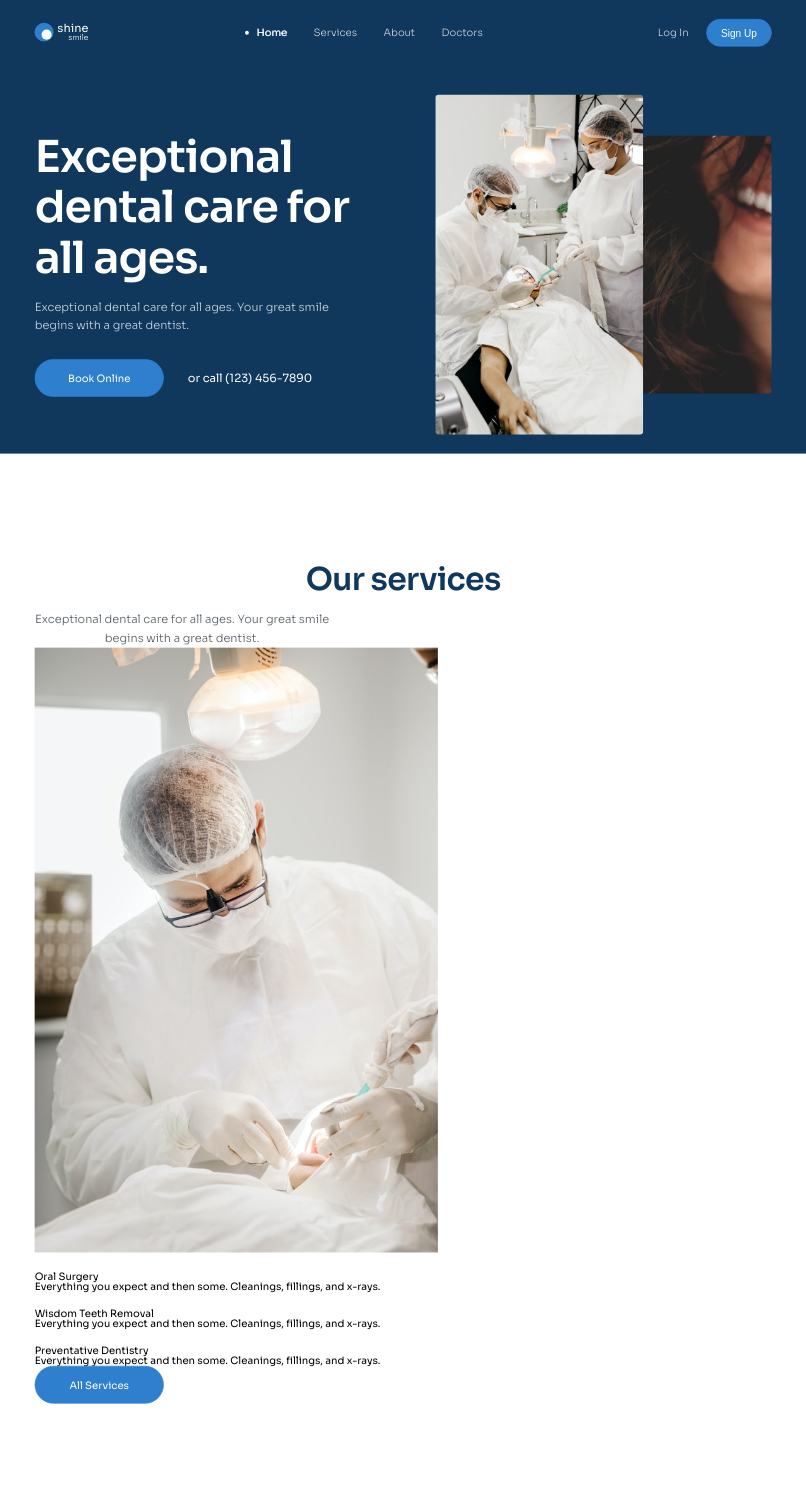
Repository: anhtien111198/f8-htmlcss-03
Page: index.html
An editor plug-in stored every save of this project. The page is shown before and after the next save, followed by the edit.
The browser window is 1280 px wide. The pictures show the whole page, at 63% of full size.

Above is the page before, as saved 2023-05-12 16:46:47.

### index.html
<!DOCTYPE html>
<html lang="en">
    <head>
        <meta charset="UTF-8" />
        <meta http-equiv="X-UA-Compatible" content="IE=edge" />
        <meta name="viewport" content="width=device-width, initial-scale=1.0" />
        <title>shine smile</title>
        <!-- favicon -->
        <link
            rel="apple-touch-icon"
            sizes="57x57"
            href="./assets/favicon/apple-icon-57x57.png"
        />
        <link
            rel="apple-touch-icon"
            sizes="60x60"
            href="./assets/favicon/apple-icon-60x60.png"
        />
        <link
            rel="apple-touch-icon"
            sizes="72x72"
            href="./assets/favicon/apple-icon-72x72.png"
        />
        <link
            rel="apple-touch-icon"
            sizes="76x76"
            href="./assets/favicon/apple-icon-76x76.png"
        />
        <link
            rel="apple-touch-icon"
            sizes="114x114"
            href="./assets/favicon/apple-icon-114x114.png"
        />
        <link
            rel="apple-touch-icon"
            sizes="120x120"
            href="./assets/favicon/apple-icon-120x120.png"
        />
        <link
            rel="apple-touch-icon"
            sizes="144x144"
            href="./assets/favicon/apple-icon-144x144.png"
        />
        <link
            rel="apple-touch-icon"
            sizes="152x152"
            href="./assets/favicon/apple-icon-152x152.png"
        />
        <link
            rel="apple-touch-icon"
            sizes="180x180"
            href="./assets/favicon/apple-icon-180x180.png"
        />
        <link
            rel="icon"
            type="image/png"
            sizes="192x192"
            href="./assets/favicon/android-icon-192x192.png"
        />
        <link
            rel="icon"
            type="image/png"
            sizes="32x32"
            href="./assets/favicon/favicon-32x32.png"
        />
        <link
            rel="icon"
            type="image/png"
            sizes="96x96"
            href="./assets/favicon/favicon-96x96.png"
        />
        <link
            rel="icon"
            type="image/png"
            sizes="16x16"
            href="./assets/favicon/favicon-16x16.png"
        />
        <link rel="manifest" href="./assets/favicon/manifest.json" />
        <meta name="msapplication-TileColor" content="#ffffff" />
        <meta
            name="msapplication-TileImage"
            content="./assets/favicon/ms-icon-144x144.png"
        />
        <meta name="theme-color" content="#ffffff" />
        <!-- font -->
        <link rel="preconnect" href="https://fonts.googleapis.com" />
        <link rel="preconnect" href="https://fonts.gstatic.com" crossorigin />
        <link
            href="https://fonts.googleapis.com/css2?family=Sora:wght@200;300;400;500;600;700;800&display=swap"
            rel="stylesheet"
        />
        <!-- reset css -->
        <link rel="stylesheet" href="./assets/css/reset.css" />
        <!-- style css -->
        <link rel="stylesheet" href="./assets/css/style.css" />
    </head>
    <body>
        <header class="header">
            <div class="container">
                <!-- header top -->
                <div class="header-top">
                    <!-- logo -->
                    <a href="/">
                        <div class="logo">
                            <span class="logo__circle"></span>
                            <span class="logo__text">
                                <span class="logo__brand">shine</span>
                                <span class="logo__brand logo__brand--small">
                                    smile
                                </span>
                            </span>
                        </div>
                    </a>
                    <!-- navbar -->
                    <nav class="navbar">
                        <ul class="navbar__list">
                            <li class="navbar__item">
                                <a
                                    href="#!"
                                    class="navbar__link navbar__link--active"
                                >
                                    Home
                                </a>
                            </li>
                            <li class="navbar__item">
                                <a href="#!" class="navbar__link">Services</a>
                            </li>
                            <li class="navbar__item">
                                <a href="#!" class="navbar__link">About</a>
                            </li>
                            <li class="navbar__item">
                                <a href="#!" class="navbar__link">Doctors</a>
                            </li>
                        </ul>
                    </nav>
                    <!-- action -->
                    <div class="header-action">
                        <a href="#!" class="header-action__login">Log In</a>
                        <button href="#!" class="btn header-action__signup">
                            Sign Up
                        </button>
                    </div>
                </div>
                <!-- Hero -->
                <section class="hero">
                    <!-- hero content -->
                    <section class="hero__content">
                        <h1 class="hero__heading">
                            Exceptional dental care for all ages.
                        </h1>
                        <p class="hero__desc">
                            Exceptional dental care for all ages. Your great
                            smile begins with a great dentist.
                        </p>
                        <div class="hero__row">
                            <a href="" class="btn">Book Online</a>
                            <span class="hero__phone"
                                >or call (123) 456-7890</span
                            >
                        </div>
                    </section>
                    <!-- hero media -->
                    <div class="hero__media">
                        <figure class="hero__images">
                            <img
                                src="./assets/image/hero-01jpg.jpg"
                                alt=""
                                class="hero__img"
                            />
                            <img
                                src="./assets/image/hero-02.jpg"
                                alt=""
                                class="hero__img"
                            />
                        </figure>
                    </div>
                </section>
            </div>
        </header>
        <main style="height: 5000">
            <section class="service">
                <div class="container">
                    <h2 class="service__heading section-heading">
                        Our services
                    </h2>
                    <p class="service__desc section-desc">
                        Exceptional dental care for all ages. Your great smile
                        begins with a great dentist.
                    </p>
                    <div class="service-row">
                        <figure class="service__images">
                            <img
                                src="./assets/image/service-1.jpg"
                                alt=""
                                class="service__img"
                            />
                        </figure>
                        <div class="service__list">
                            <!-- service item 1 -->
                            <section class="service-item">
                                <div class="service-item__icon-wrap">
                                    <svg
                                        class="service-item__icon"
                                        width="22"
                                        height="24"
                                        viewBox="0 0 22 24"
                                        fill="none"
                                        xmlns="http://www.w3.org/2000/svg"
                                    >
                                        <path
                                            d="M20.3598 2.63964C17.9506 -0.556131 14.2772 -0.568132 11.2481 1.10682C11.001 1.24657 10.7219 1.31411 10.4406 1.30222C10.1592 1.29033 9.88633 1.19945 9.65105 1.03931C8.49552 0.245717 7.29036 -0.316477 5.13904 0.207462C0.623408 1.3071 0 4.90379 0 8.99816C0.0797353 12.1602 0.500857 15.3032 1.25551 18.3683C2.11836 22.0168 3.90382 24 5.43354 24C6.96326 24 7.00963 22.2204 7.00963 20.8016C7.00963 19.2009 7.39505 14.8009 10.8642 14.8009C13.5317 14.8009 14.3333 18.4013 14.3333 20.8016C14.3329 23.095 15.1722 24 16.6628 24C19.5267 24 20.9796 15.3938 21.3719 13.1237C21.7642 10.8535 22.9882 6.12569 20.3598 2.63964Z"
                                            fill="white"
                                        />
                                    </svg>
                                </div>
                                <div class="service-item__body">
                                    <h3 class="service-item__heading">
                                        Oral Surgery
                                    </h3>
                                    <p class="service-item__desc">
                                        Everything you expect and then some.
                                        Cleanings, fillings, and x-rays.
                                    </p>
                                </div>
                            </section>
                            <!-- service item 2 -->
                            <section class="service-item">
                                <div class="service-item__icon-wrap">
                                    <svg
                                        class="service-item__icon"
                                        width="22"
                                        height="24"
                                        viewBox="0 0 22 24"
                                        fill="none"
                                        xmlns="http://www.w3.org/2000/svg"
                                    >
                                        <path
                                            d="M20.3598 2.63964C17.9506 -0.556131 14.2772 -0.568132 11.2481 1.10682C11.001 1.24657 10.7219 1.31411 10.4406 1.30222C10.1592 1.29033 9.88633 1.19945 9.65105 1.03931C8.49552 0.245717 7.29036 -0.316477 5.13904 0.207462C0.623408 1.3071 0 4.90379 0 8.99816C0.0797353 12.1602 0.500857 15.3032 1.25551 18.3683C2.11836 22.0168 3.90382 24 5.43354 24C6.96326 24 7.00963 22.2204 7.00963 20.8016C7.00963 19.2009 7.39505 14.8009 10.8642 14.8009C13.5317 14.8009 14.3333 18.4013 14.3333 20.8016C14.3329 23.095 15.1722 24 16.6628 24C19.5267 24 20.9796 15.3938 21.3719 13.1237C21.7642 10.8535 22.9882 6.12569 20.3598 2.63964Z"
                                            fill="white"
                                        />
                                    </svg>
                                </div>
                                <div class="service-item__body">
                                    <h3 class="service-item__heading">
                                        Wisdom Teeth Removal
                                    </h3>
                                    <p class="service-item__desc">
                                        Everything you expect and then some.
                                        Cleanings, fillings, and x-rays.
                                    </p>
                                </div>
                            </section>
                            <!-- service item 3 -->
                            <section class="service-item">
                                <div class="service-item__icon-wrap">
                                    <svg
                                        class="service-item__icon"
                                        width="22"
                                        height="24"
                                        viewBox="0 0 22 24"
                                        fill="none"
                                        xmlns="http://www.w3.org/2000/svg"
                                    >
                                        <path
                                            d="M20.3598 2.63964C17.9506 -0.556131 14.2772 -0.568132 11.2481 1.10682C11.001 1.24657 10.7219 1.31411 10.4406 1.30222C10.1592 1.29033 9.88633 1.19945 9.65105 1.03931C8.49552 0.245717 7.29036 -0.316477 5.13904 0.207462C0.623408 1.3071 0 4.90379 0 8.99816C0.0797353 12.1602 0.500857 15.3032 1.25551 18.3683C2.11836 22.0168 3.90382 24 5.43354 24C6.96326 24 7.00963 22.2204 7.00963 20.8016C7.00963 19.2009 7.39505 14.8009 10.8642 14.8009C13.5317 14.8009 14.3333 18.4013 14.3333 20.8016C14.3329 23.095 15.1722 24 16.6628 24C19.5267 24 20.9796 15.3938 21.3719 13.1237C21.7642 10.8535 22.9882 6.12569 20.3598 2.63964Z"
                                            fill="white"
                                        />
                                    </svg>
                                </div>
                                <div class="service-item__body">
                                    <h3 class="service-item__heading">
                                        Preventative Dentistry
                                    </h3>
                                    <p class="service-item__desc">
                                        Everything you expect and then some.
                                        Cleanings, fillings, and x-rays.
                                    </p>
                                </div>
                            </section>
                        </div>
                        <a href="#!" class="btn">All Services</a>
                    </div>
                </div>
            </section>
        </main>
    </body>
</html>

### assets/css/style.css
* {
    box-sizing: border-box;
}
:root {
    --header-bg: #10375c;
}
html {
    font-size: 62.5%;
}
body {
    font-size: 1.6rem;
    font-family: "Sora", sans-serif;
}
/* ======Common========= */
a {
    text-decoration: none;
}
.container {
    width: 1170px;
    max-width: calc(100% - 48px);
    margin: 0 auto;
}
.btn {
    --height: 60px;
    display: inline-block;
    min-width: 205px;
    height: var(--height);
    padding: 0 20px;
    border-radius: 99px;
    border: 1px solid #2e80ce;
    font-size: 1.6rem;
    font-weight: 400;
    line-height: var(--height);
    color: #fff;
    text-align: center;
    background: #2e80ce;
}
.btn:hover {
    opacity: 0.9;
    cursor: pointer;
}
.section-heading {
    font-weight: 600;
    font-size: 5rem;
    line-height: 1.2;
    letter-spacing: -0.02em;
    color: #10375c;
}
.section-desc {
    margin-top: 18px;
    font-weight: 300;
    font-size: 1.8rem;
    line-height: 1.67;
    color: #575f66;
}
/* ========header============= */
.header {
    min-height: 100vh;
    padding-top: 30px;
    background: var(--header-bg);
}
.logo {
    position: relative;
    display: inline-flex;
    font-size: 1rem;
}
.logo__circle::after,
.logo__circle::before {
    content: "";
    display: inline-block;
    border-radius: 50%;
}
.logo__circle::before {
    width: 3em;
    height: 3em;
    background: #2e80ce;
}
.logo__circle::after {
    position: absolute;
    top: 1.1em;
    left: 1.1em;
    width: 1.6em;
    height: 1.6em;
    background: #ffffff;
}
.logo__text {
    margin-left: 0.6em;
    text-align: right;
    line-height: 1.6em;
}
.logo__brand {
    display: block;
    font-size: 1.8em;
    font-weight: 400;
    color: #ffffff;
}
.logo__brand--small {
    font-size: 1.2em;
    font-weight: 300;
}
/* ========Header top========== */
.header-top {
    display: flex;
    align-items: center;
    justify-content: space-between;
}
.navbar__list {
    display: flex;
}
.header-action__login,
.navbar__link {
    padding: 4px 21px;
    font-weight: 300;
    font-size: 1.6rem;
    color: #c9d2da;
}
.navbar__link:hover,
.navbar__link--active {
    color: #fff;
    text-shadow: 1px 0 0 currentColor;
}
.navbar__link--active::before {
    position: relative;
    top: -2px;
    left: -8px;
    content: "";
    display: inline-block;
    width: 6px;
    height: 6px;
    border-radius: 50%;
    background: #fff;
}
.header-action {
    display: flex;
    align-items: center;
}
.header-action__login {
    margin-right: 7px;
}
.header-action__signup {
    --height: 44px;
    min-width: 104px;
}
/* ========hero=========== */
.hero {
    display: flex;
    align-items: center;
    margin-top: 76px;
}
.hero__content {
    flex-shrink: 0;
    width: 44%;
}
.hero__media {
    flex-grow: 1;
}
.hero__heading {
    font-weight: 600;
    font-size: 7rem;
    line-height: 1.14;
    letter-spacing: -0.02em;
    color: #ffffff;
}
.hero__desc {
    margin-top: 22px;
    font-weight: 300;
    font-size: 1.8rem;
    line-height: 1.67;
    color: #c9d2da;
}
.hero__row {
    display: flex;
    align-items: center;
    margin-top: 38px;
}
.hero__phone {
    margin-left: 38px;
    font-weight: 400;
    font-size: 1.8rem;
    line-height: 1.67;
    color: #ffffff;
}
.hero__images {
    display: flex;
    align-items: center;
    justify-content: flex-end;
}
.hero__img {
    width: 330px;
    height: 540px;
    border-radius: 6px;
    object-fit: cover;
}
.hero__img:first-child {
    position: relative;
    margin-right: -6px;
}
.hero__img:last-child {
    width: 210px;
    height: 410px;
}
/* ========service=========== */
.service {
    padding: 170px 0;
}
.service__heading,
.service__desc {
    text-align: center;
}
.service__desc {
    width: 468px;
}

Loaded but not shown: assets/css/reset.css (common file)

After the next save:
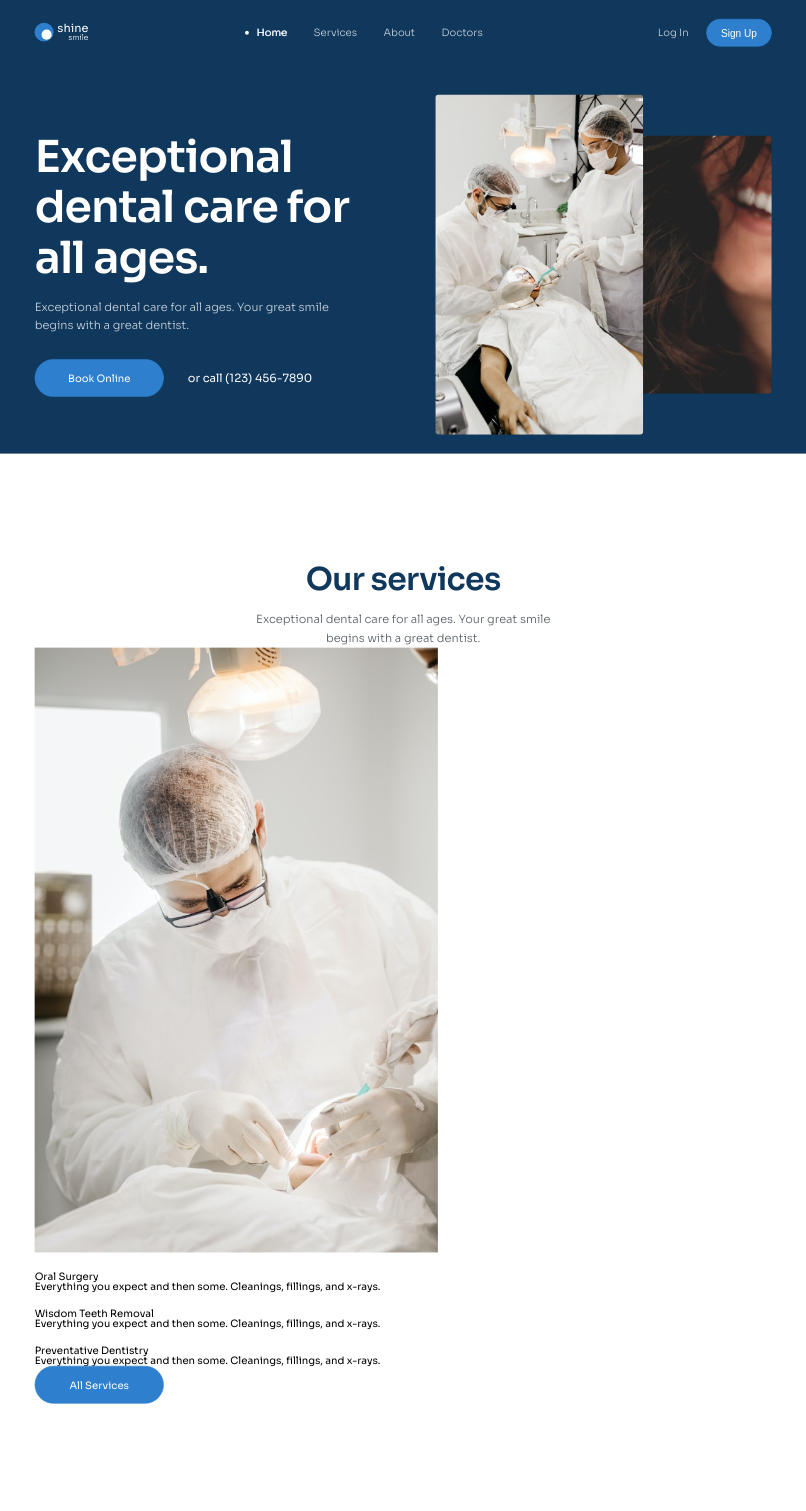
Saved 41 s later.
--- a/assets/css/style.css
+++ b/assets/css/style.css
@@ -209,4 +209,6 @@ a {
 }
 .service__desc {
     width: 468px;
-}
+    margin-left: auto;
+    margin-right: auto;
+}
